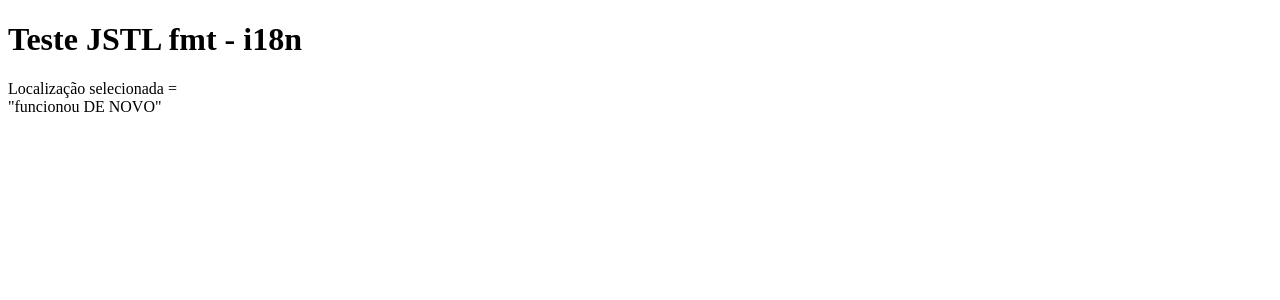
Repository: GabrielGGhost/EstudoJavaAW1-AW2
Page: http://localhost/estudos10/jsp/exemploI18N.jsp
The author's editor kept a copy of each file at every save. The page is drawn from the files as they stood at one save, then again after a run of saves.
The browser window is 1280 px wide. The pictures show the whole page.
The page is served by Tomcat 9.

Above is the page before, as saved 2020-10-23 19:00:20.

After the next 2 saves:
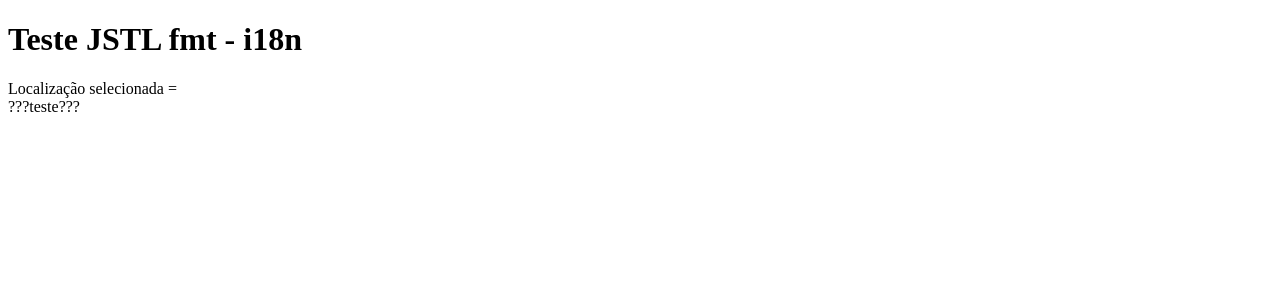
The 2 saves are shown as one change because 1 did not build or start.
The last was saved 42 s later.
--- a/estudos10/WebContent/jsp/exemploI18N.jsp
+++ b/estudos10/WebContent/jsp/exemploI18N.jsp
@@ -12,7 +12,7 @@
 	<h1>Teste JSTL fmt - i18n</h1>
 	Localização selecionada = ${param.language} <br/>
 	<fmt:setLocale value="${param.language}"/>
-		<fmt:bundle basename='en_US'>
+		<fmt:bundle basename='${param.language}'>
 			<fmt:message key="teste"> </fmt:message>
 		</fmt:bundle>
 </body>
